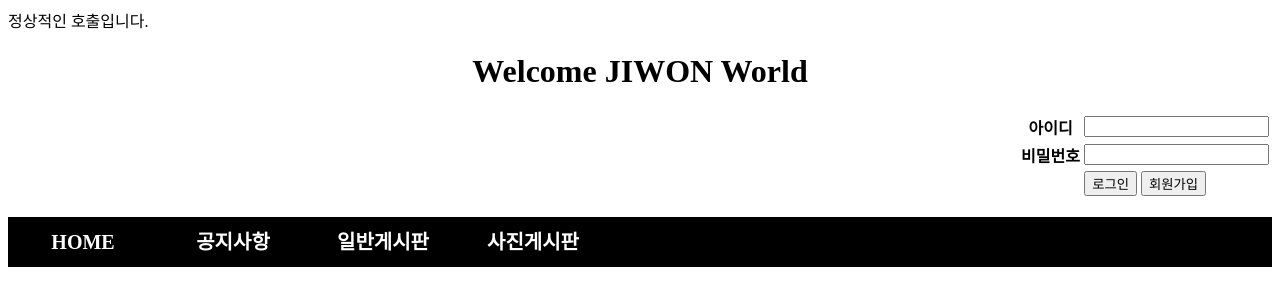
Repository: KoYeeHwan/JSP_Project
Page: http://localhost/jspProject/
The author's editor kept a copy of each file at every save. The page is drawn from the files as they stood at one save, then again after the next save.
The browser window is 1280 px wide. The pictures show the whole page.
The page is served by Tomcat 9.

Above is the page before, as saved 2023-10-13 06:17:17.

After the next save:
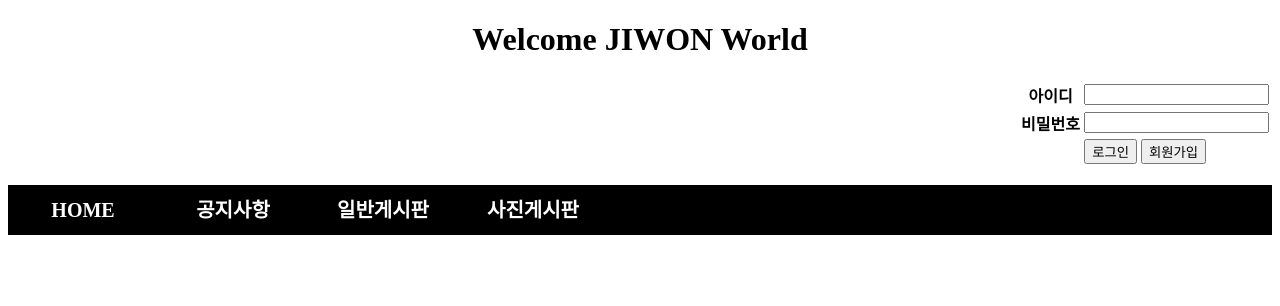
Saved 23 s later.
--- a/jspProject/src/main/webapp/index.jsp
+++ b/jspProject/src/main/webapp/index.jsp
@@ -7,7 +7,6 @@
 <title>Insert title here</title>
 </head>
 <body>
-	정상적인 호출입니다.
 
 	<!--
 		*회원서비스
